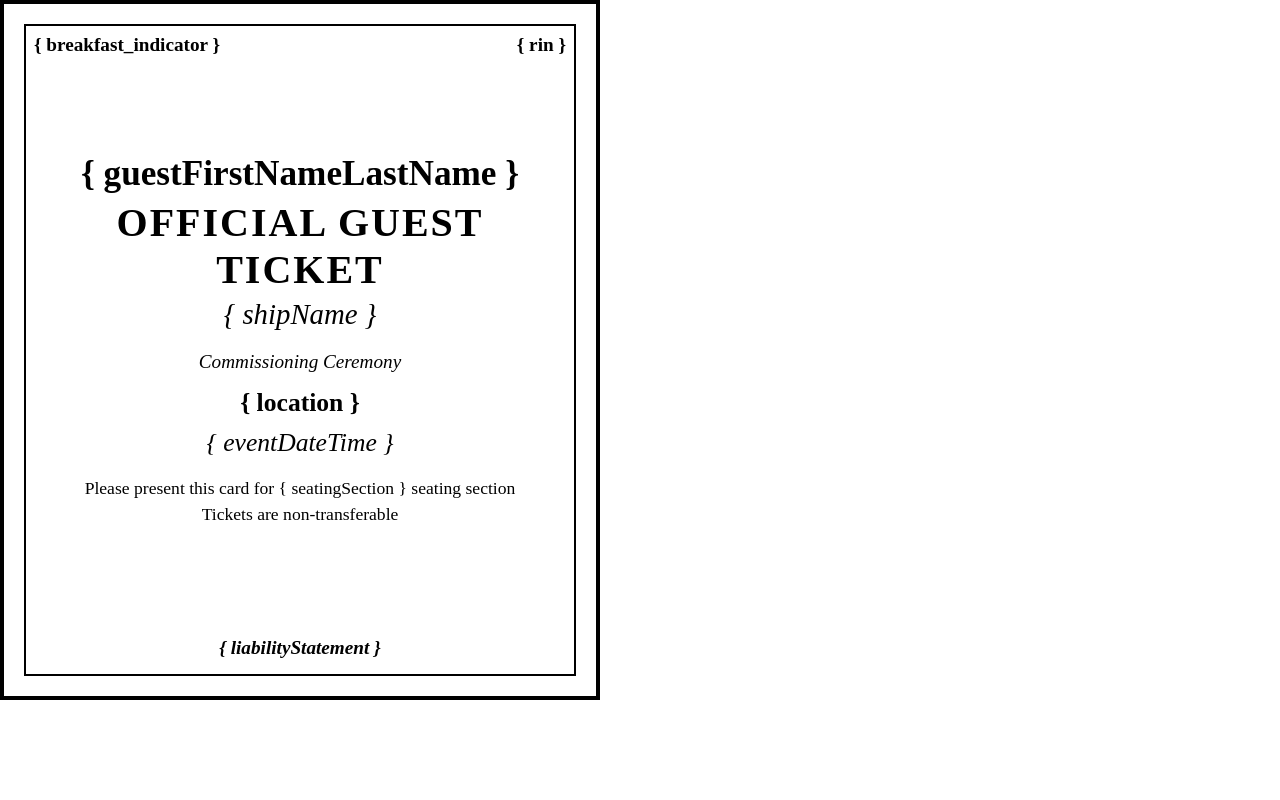
Repository: yaleevans/SabelWeasyPrintPDFLambda
Page: event_ticket_template.html
The author's editor kept a copy of each file at every save. The page is drawn from the files as they stood at one save, then again after the next save.
The browser window is 1280 px wide. The pictures show the whole page.

Above is the page before, as saved 2025-10-22 10:01:31.

### event_ticket_template.html
<!DOCTYPE html>
<html>
<head>
    <title>Official Guest Ticket</title>
    <style>
        /* CRITICAL FIX 1: Set the PDF page size to PORTRAIT (400px wide x 700px tall) */
        @page {
            size: 600px 700px;
            margin: 0; /* Remove default page margins */
        }

        body {
            margin: 0;
            padding: 0;
            font-family: 'Times New Roman', Times, serif;
            background-color: white;
            /* Ensure body fills the @page area */
            width: 600px;
            height: 800px;
        }
        .ticket-container {
            /* This is the final visible ticket box, set to the full page size (600x800) */
            width: 600px;
            height: 700px;

            /* Outer Border (4px) and Padding (20px) consumption: 48px on both axes */
            border: 4px solid black;
            padding: 20px;

            margin: 0;

            text-align: center;
            color: { font_color };
            box-sizing: border-box;
            position: relative;
            color: { font_color };

            /* The inner content space for .inner-border is 352px wide x 652px high */
        }
        .inner-border {
            /* CRITICAL FIX 2: Set fixed pixel height/width to match the parent's content box
               (400 - 48 = 352 and 700 - 48 = 652) */
            width: 552px;
            height: 652px;

            border: 2px solid black;
            padding: 15px;
            box-sizing: border-box;

            display: flex;
            flex-direction: column;
            justify-content: space-between;
            align-items: center;
        }
        /* --- NEW CSS FOR OVERLAY --- */
        .ticket-number-overlay {
            /* Position relative to .ticket-container */
            position: absolute;
            top: 25px;
            right: 25px;
            padding: 5px;
            font-size: 1.2em;
            font-weight: bold;
            color: { font_color };
            background-color: transparent;
            z-index: 10;
        }

         .breakfast-overlay {
            /* Position relative to .ticket-container */
            position: absolute;
            top: 25px;
            left: 25px;
            padding: 5px;
            font-size: 1.2em;
            font-weight: bold;
            /* Color is inherited from .ticket-container */
            background-color: transparent;
            z-index: 10;
        }
        /* --- TEXT STYLING --- */
        .content {
            /* Ensure content takes up all available vertical space in the inner-border */
            flex-grow: 1;
            display: flex;
            flex-direction: column;
            justify-content: center;
            align-items: center;
            width: 100%;
        }

        /* Apply text styles and margins as before */
        .guest-name { font-size: 2.2em; font-weight: bold; margin-bottom: 5px; color: { font_color };}
        .guest-name-label { font-size: 0.8em; margin-bottom: 20px; color: { font_color }; }
        .ticket-title { font-family: "Liberation Serif", serif; font-size: 2.5em; font-weight: bold; letter-spacing: 2px; margin-bottom: 5px; color: { font_color }; }
        .ship-name { font-size: 1.8em; font-style: italic; margin-bottom: 20px; color: { font_color }; }
        .commissioning-text { font-size: 1.2em; font-style: italic; margin-bottom: 15px; color: { font_color }; }
        .location { font-size: 1.6em; font-weight: bold; margin-bottom: 10px; color: { font_color };}
        .datetime { font-size: 1.6em; font-style: italic; margin-bottom: 20px; color: { font_color };}
        .instructions { font-size: 1.1em; margin-bottom: 5px; color: { font_color }; }
        .transfer-info { font-size: 1.1em; margin-bottom: 0px; color: { font_color }; }
        .waiver-text { font-size: 1.2em; font-style: italic; font-weight: bold; color: { font_color };}
    </style>
</head>
<body>
    <div class="ticket-container">

        <div class="ticket-number-overlay">
            { rin }
        </div>

        <div class="breakfast-overlay">
            { breakfast_indicator }
        </div>

        <div class="inner-border" style="background-color: { background_color }">
            <div class="content">
                <div class="guest-name">{ guestFirstNameLastName }</div>

                <div class="ticket-title">OFFICIAL GUEST TICKET</div>
                <div class="ship-name">{ shipName }</div>

                <div class="commissioning-text">Commissioning Ceremony</div>

                <div class="location">{ location }</div>
                <div class="datetime">{ eventDateTime }</div>

                <div class="instructions">Please present this card for { seatingSection } seating section</div>
                <div class="transfer-info">Tickets are non-transferable</div>
            </div>
            <div class="waiver-text">
                { liabilityStatement }
            </div>
        </div>
    </div>
</body>
</html>

After the next save:
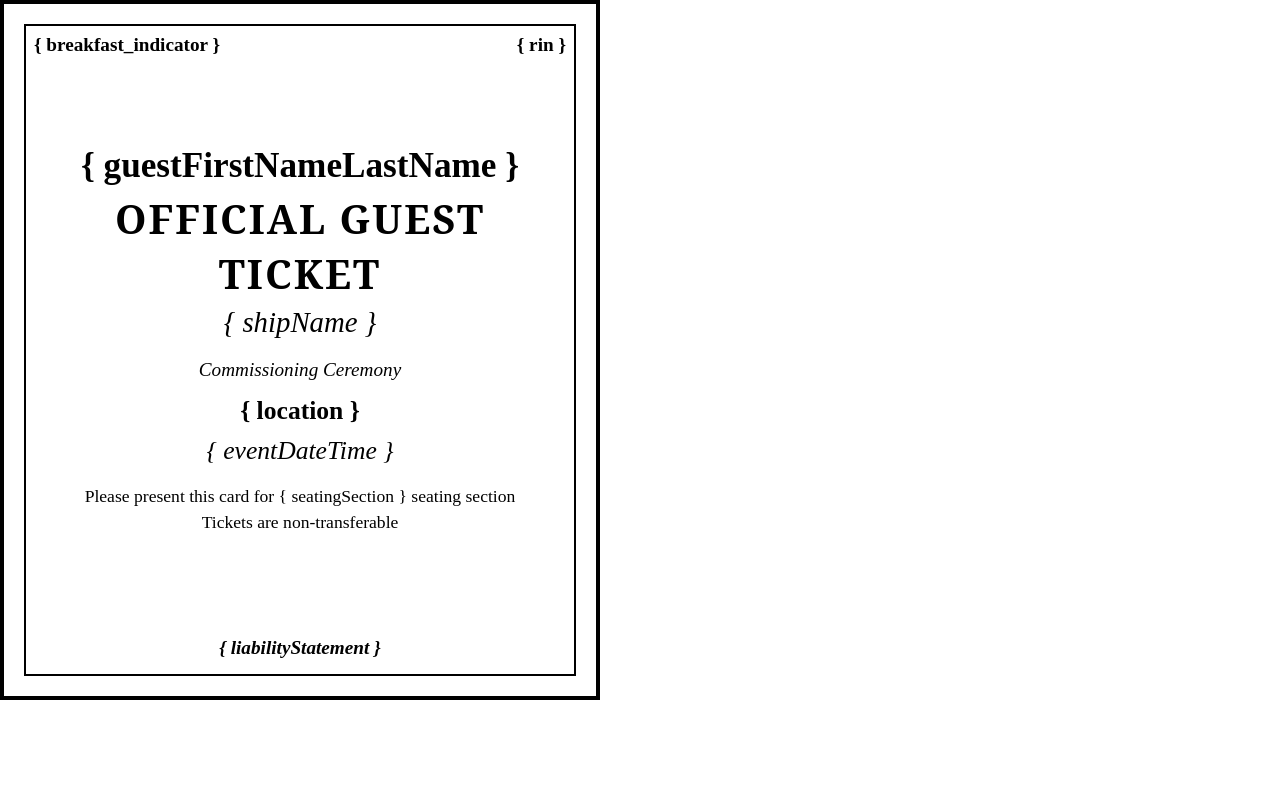
Saved 2 min 25 s later.
--- a/event_ticket_template.html
+++ b/event_ticket_template.html
@@ -3,6 +3,10 @@
 <head>
     <title>Official Guest Ticket</title>
     <style>
+        /* 1. IMPORT GOOGLE NOTO SERIF FONT */
+        /* This is the most reliable way to force a custom font in restricted WeasyPrint environments */
+        @import url('https://fonts.googleapis.com/css2?family=Noto+Serif:wght@400;700&display=swap');
+
         /* CRITICAL FIX 1: Set the PDF page size to PORTRAIT (400px wide x 700px tall) */
         @page {
             size: 600px 700px;
@@ -92,7 +96,7 @@
         /* Apply text styles and margins as before */
         .guest-name { font-size: 2.2em; font-weight: bold; margin-bottom: 5px; color: { font_color };}
         .guest-name-label { font-size: 0.8em; margin-bottom: 20px; color: { font_color }; }
-        .ticket-title { font-family: "Liberation Serif", serif; font-size: 2.5em; font-weight: bold; letter-spacing: 2px; margin-bottom: 5px; color: { font_color }; }
+        .ticket-title { font-family: 'Noto Serif', serif; font-size: 2.5em; font-weight: bold; letter-spacing: 2px; margin-bottom: 5px; color: { font_color }; }
         .ship-name { font-size: 1.8em; font-style: italic; margin-bottom: 20px; color: { font_color }; }
         .commissioning-text { font-size: 1.2em; font-style: italic; margin-bottom: 15px; color: { font_color }; }
         .location { font-size: 1.6em; font-weight: bold; margin-bottom: 10px; color: { font_color };}
